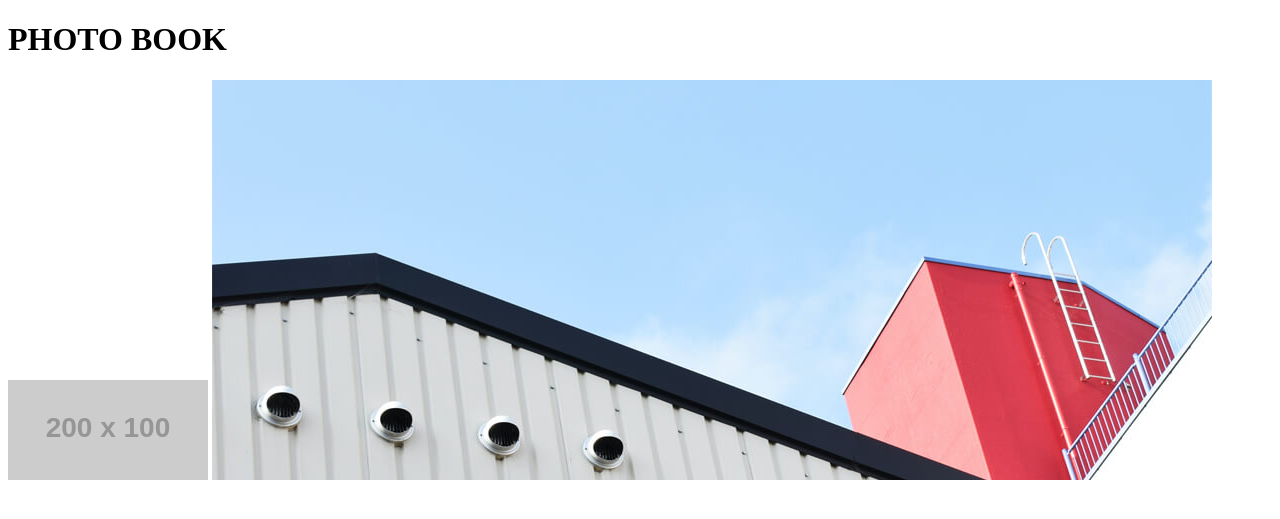
Repository: daytime/LP-study
Page: photo_book/index.html
An editor plug-in stored every save of this project. The page is shown before and after the next save, followed by the edit.
The browser window is 1280 px wide. The pictures show the whole page.

Above is the page before, as saved 2025-01-28 12:37:20.

After the next save:
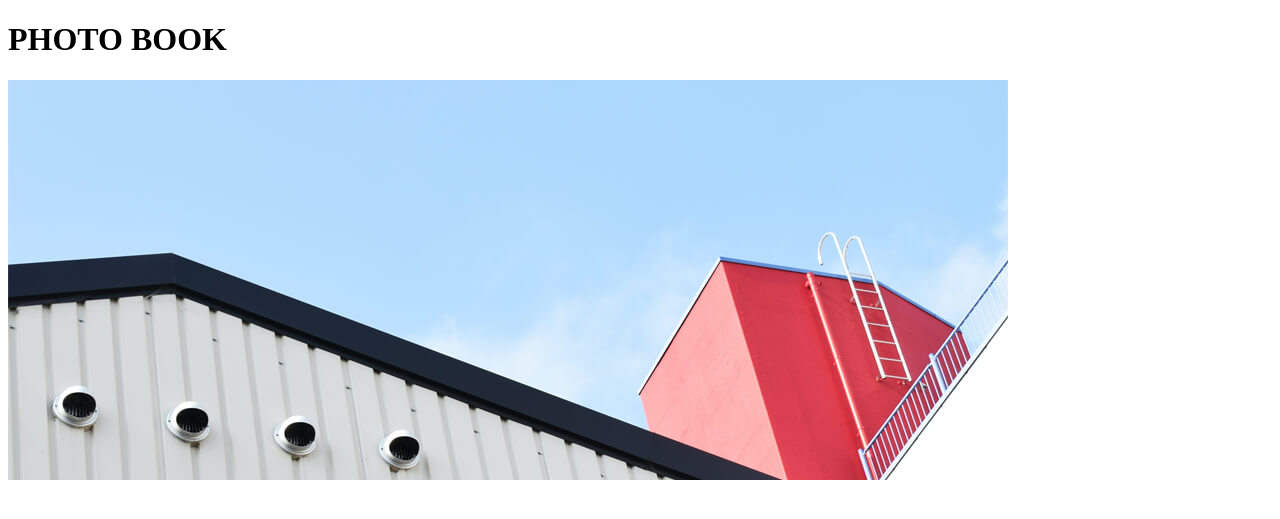
Saved 14 s later.
--- a/photo_book/index.html
+++ b/photo_book/index.html
@@ -7,7 +7,6 @@
   </head>
   <header>
     <h1>PHOTO BOOK</h1>
-    <img src="http://placehold.it/200x100" alt="ロゴ" />
     <img src="img/mainvisual.jpg" alt="ロゴ" />
   </header>
   <body></body>
